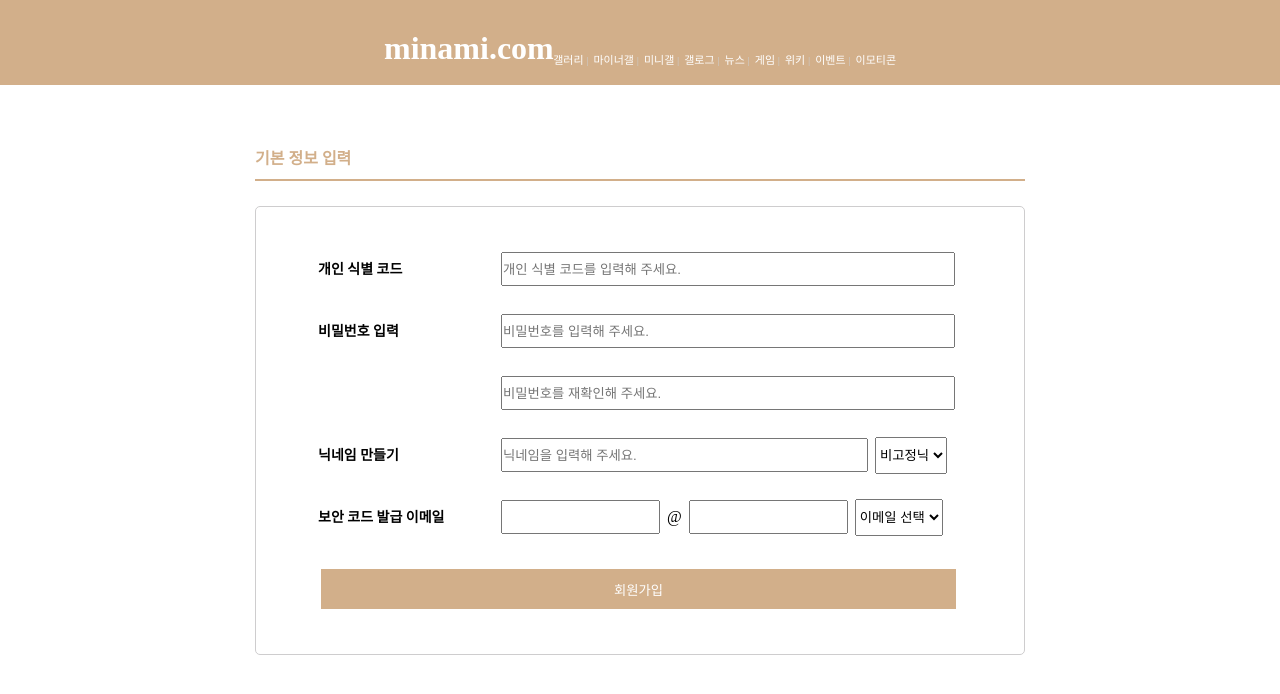
Repository: Minami0717/JSP_Study
Page: http://localhost/JSP_Gall/jsp/joinForm.jsp
The author's editor kept a copy of each file at every save. The page is drawn from the files as they stood at one save, then again after the next save.
The browser window is 1280 px wide. The pictures show the whole page.
The page is served by Tomcat 9. Other server files are loaded and not shown.

Above is the page before, as saved 2023-02-15 07:11:16.

### JSP_Gall/src/main/webapp/jsp/joinForm.jsp
<%@ page language="java" contentType="text/html; charset=UTF-8"
    pageEncoding="UTF-8"%>
<!DOCTYPE html>
<html>
<head>
<meta charset="UTF-8">
<title>Insert title here</title>
<style>
	* {margin: 0; padding: 0;}
	a {text-decoration: none;}
	li,ul,h1 {display: inline-block;}

	header {background: #d2af8a; position: relative; height: 85px;}
	header > div {width: 868px;}
	header a {color: white;}
	header li {font-size: 11px; color: #ccc; margin-left: 5px;}
	header li a:hover {text-decoration: underline;}
	header ul {position: absolute; right: 30%; top: 50px;}
	header h1 {position: absolute; left: 30%; top: 30px;}

	section {width: 770px; margin: 0 auto;}
	section div:first-child {border-bottom: 2px solid #d2af8a; padding: 10px 0; margin-top: 50px;}
	section div:first-child h4 {color: #d2af8a}
	section div:nth-child(2) {border: 1px #cecdce solid; border-radius: 5px; margin: 25px 0; padding: 30px 50px;}

	table label {font-weight: bold; font-size: 14px; display: inline-block; width: 180px;}
	td {padding: 10px;}

	input {margin: 3px;}
	.input {width: 450px; height: 30px;}
	#join {width: 635px; height: 40px; border: none; background: #d2af8a; color: white; cursor: pointer; margin-top: 10px;}
	.button {width: 110px; height: 30px;}

	input[name=nick] {width: 363px;}
	input[name=pwCheck] {margin-left: 183px;}
	input[name=email1],input[name=email2] {width: 155px;}
	select {height: 37px;}
</style>
</head>
<body>
	<header>
		<div>
			<h1><a href=main.jsp>minami.com</a></h1>
			<ul>
				<li><a href=>갤러리</a> |
				<li><a href=>마이너갤</a> |
				<li><a href=>미니갤</a> |
				<li><a href=>갤로그</a> |
				<li><a href=>뉴스</a> |
				<li><a href=>게임</a> |
				<li><a href=>위키</a> |
				<li><a href=>이벤트</a> |
				<li><a href=>이모티콘</a>
			</ul>
		</div>
	</header>
	<section>
		<div>
			<h4 align=left>기본 정보 입력</h4>
		</div>
		<div>
			<form action="join.jsp" method=post>
				<table>
					<tr>
						<td><label>개인 식별 코드</label><input type=text placeholder="개인 식별 코드를 입력해 주세요." class=input name=code></td>
					</tr>
					<tr>
						<td><label>비밀번호 입력</label><input type=password placeholder="비밀번호를 입력해 주세요." class=input name=pw></td>
					</tr>
					<tr>
						<td><input type=password placeholder="비밀번호를 재확인해 주세요." class=input name=pwCheck></td>
					</tr>
					<tr>
						<td>
							<label>닉네임 만들기</label><input type=text placeholder="닉네임을 입력해 주세요." class=input name=nick>
							<select name=fixed>
								<option value=false>비고정닉
								<option value=true>고정닉
							</select>
						</td>
					</tr>
					<tr>
						<td>
							<label>보안 코드 발급 이메일</label><input type="text" class=input name=email1> @
							<input type="text" class=input name=email2>
							<select>
								<option>이메일 선택
								<option>naver.com
								<option>직접 입력
							</select>
						</td>
					</tr>
					<tr>
						<td><input type=submit value=회원가입 id=join></td>
					</tr>
				</table>
			</form>
		</div>
	</section>
</body>
</html>

After the next save:
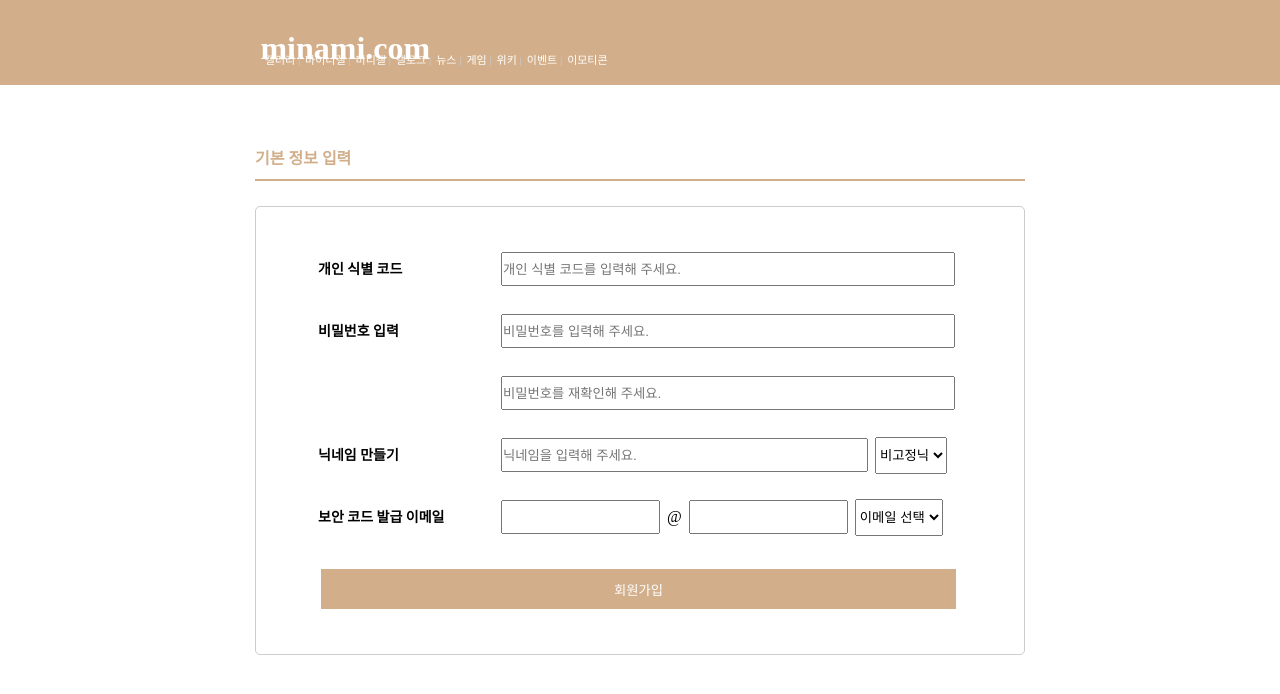
Saved 46 s later.
--- a/JSP_Gall/src/main/webapp/jsp/joinForm.jsp
+++ b/JSP_Gall/src/main/webapp/jsp/joinForm.jsp
@@ -10,8 +10,8 @@
 	a {text-decoration: none;}
 	li,ul,h1 {display: inline-block;}
 
-	header {background: #d2af8a; position: relative; height: 85px;}
-	header > div {width: 868px;}
+	header {background: #d2af8a; height: 85px;}
+	header > div {width: 868px; position: relative;}
 	header a {color: white;}
 	header li {font-size: 11px; color: #ccc; margin-left: 5px;}
 	header li a:hover {text-decoration: underline;}
